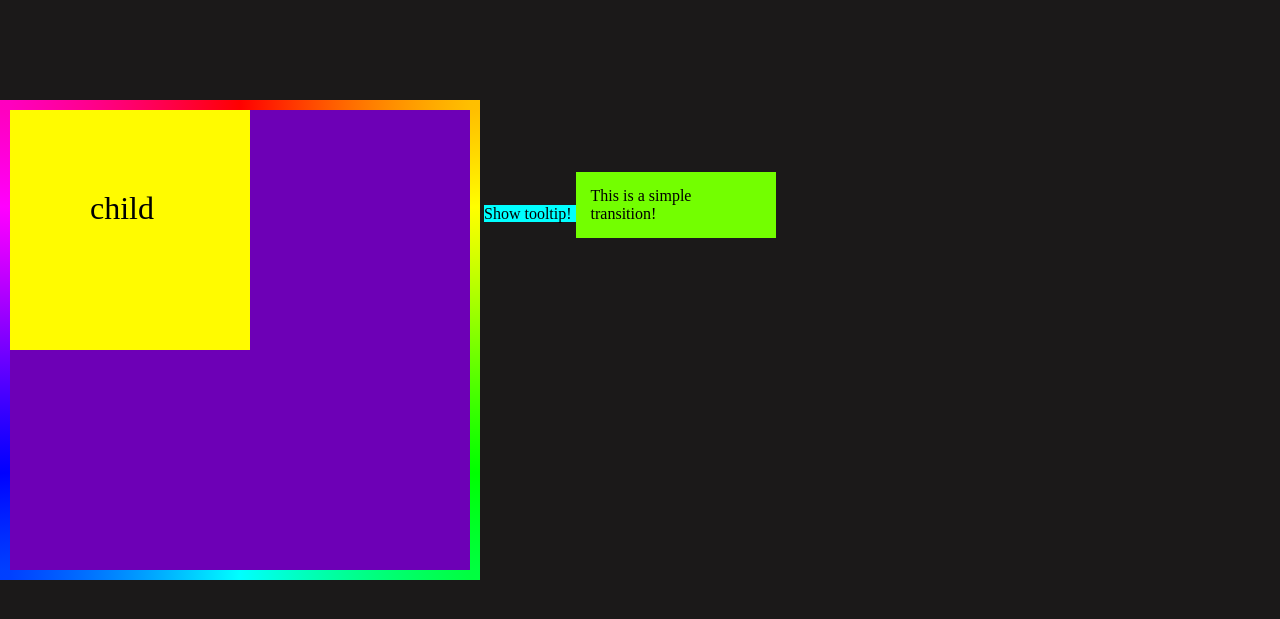
Repository: badhon252/revision
Page: Day-5/index.html
These files come from the project's save history. The page is drawn as it stood at one moment and after the next save; the edit follows.
The browser window is 1280 px wide. The pictures show the whole page.

Above is the page before, as saved 2022-02-12 00:29:55.

After the next save:
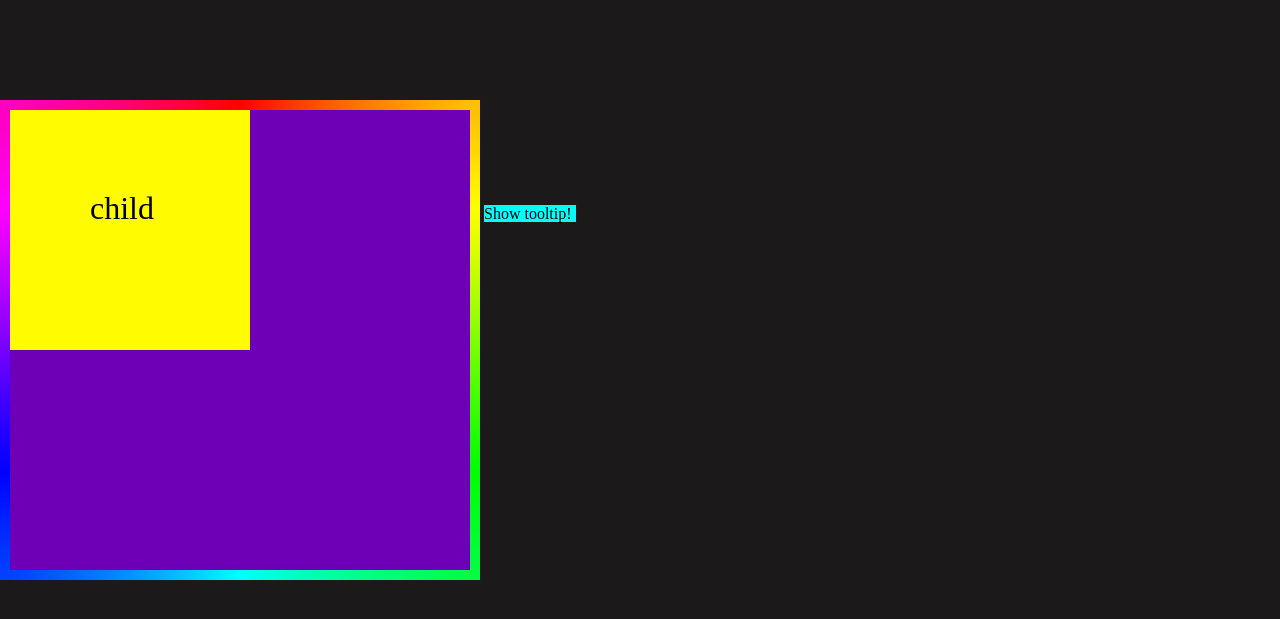
Saved 72 s later.
--- a/Day-5/index.css
+++ b/Day-5/index.css
@@ -39,7 +39,7 @@
   padding: 15px;
   background-color: rgb(115, 255, 0);
   display: inline-block;
-  visibility: visible;
+  visibility: hidden;
 }
 
 .parent:hover .child {
@@ -51,7 +51,7 @@
   background-color: aqua;
 }
 .tooltiphover:hover .tooltip {
-  visibility: hidden;
+  visibility: visible;
 }
 /*The matrix() method combines all the 2D transform methods into one.
 The matrix() method take six parameters, containing mathematic functions, which allows you to rotate, scale, move (translate), and skew elements.

After the save that followed:
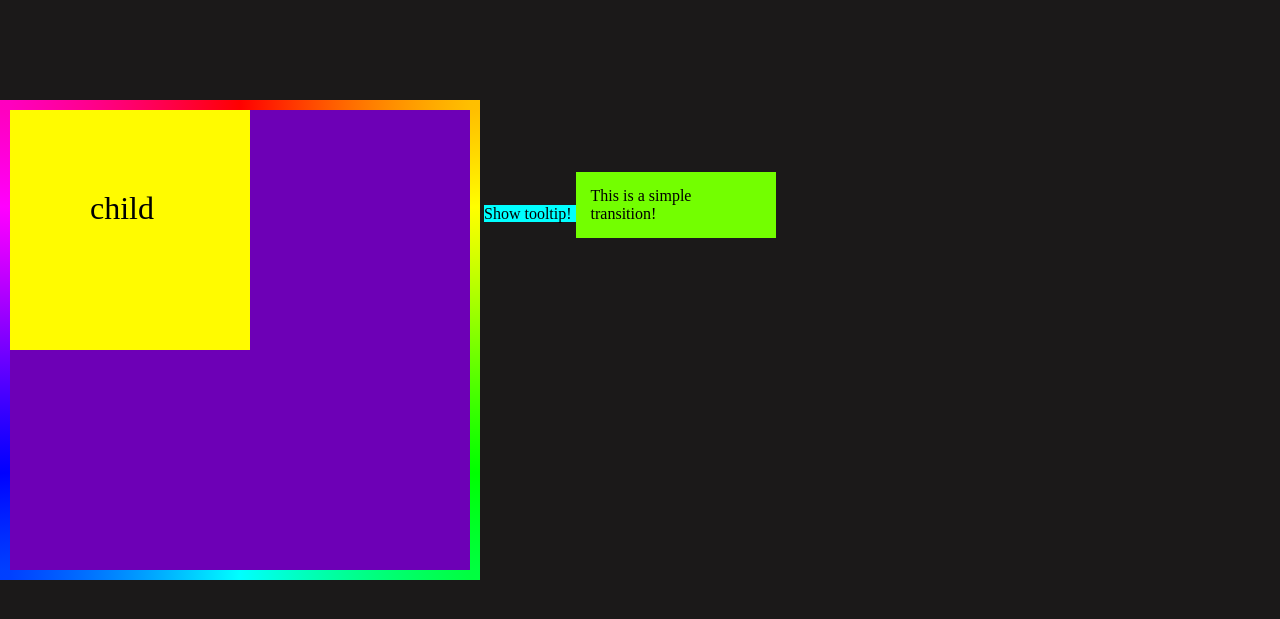
Saved 45 s later.
--- a/Day-5/index.css
+++ b/Day-5/index.css
@@ -39,7 +39,7 @@
   padding: 15px;
   background-color: rgb(115, 255, 0);
   display: inline-block;
-  visibility: hidden;
+  /* visibility: hidden; */
 }
 
 .parent:hover .child {
@@ -51,7 +51,7 @@
   background-color: aqua;
 }
 .tooltiphover:hover .tooltip {
-  visibility: visible;
+  /* visibility: visible; */
 }
 /*The matrix() method combines all the 2D transform methods into one.
 The matrix() method take six parameters, containing mathematic functions, which allows you to rotate, scale, move (translate), and skew elements.
